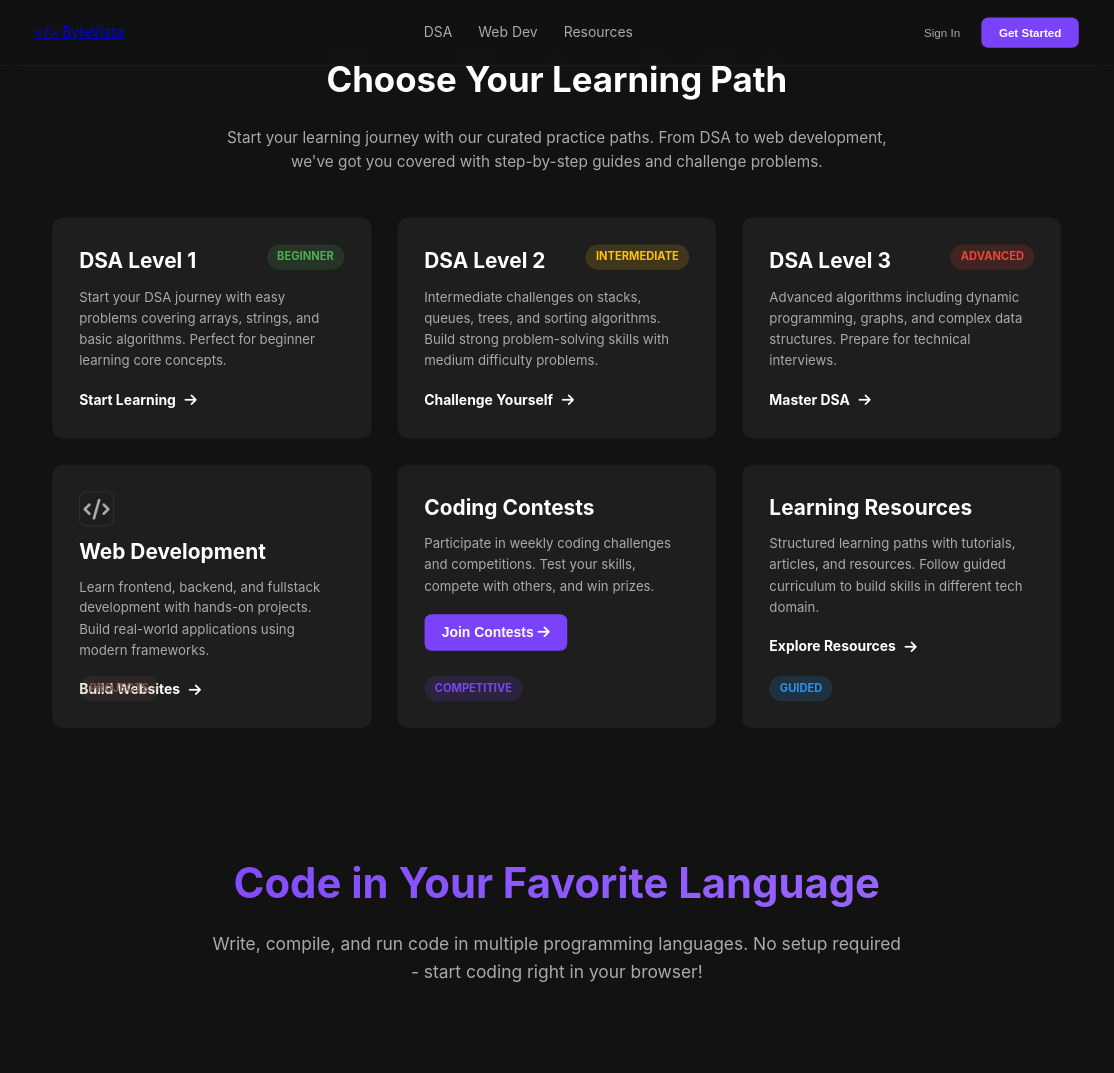
Repository: biswaranjansatapathy2005-lang/ByteVista
Page: frontend/course/course.html
An editor plug-in stored every save of this project. The page is shown before and after the next save, followed by the edit.
The browser window is 1280 px wide. The pictures show the whole page, at 87% of full size.

Above is the page before, as saved 2025-12-13 02:37:28.

### frontend/course/course.html
<!DOCTYPE html>
<html lang="en">
<head>
    <meta charset="UTF-8">
    <meta name="viewport" content="width=device-width, initial-scale=1.0">
    <title>ByteVista-style Course Section</title>
    <link rel="stylesheet" href="course.css">
    <link rel="stylesheet" href="https://cdnjs.cloudflare.com/ajax/libs/font-awesome/6.0.0-beta3/css/all.min.css">
</head>
<body>
    <header class="main-header">
         <a href="#" class="brand-logo">
                <span class="logo-icon">&lt;/&gt;</span>
                <span class="logo-text">ByteVista</span>
        <nav>
            <ul>
                <li><a href="#">DSA</a></li>
                <li><a href="#">Web Dev</a></li>
                <li><a href="#">Resources</a></li>
            </ul>
        </nav>
        <div class="user-actions">
            <button class="sign-in">Sign In</button>
            <button class="get-started">Get Started</button>
        </div>
    </header>
    <script>
    const header = document.querySelector('.main-header');

    window.addEventListener('scroll', () => {
        if (window.scrollY > 10) {
            header.classList.add('scrolled');
        } else {
            header.classList.remove('scrolled');
        }
    });
</script>


    <section class="learning-paths">
        <div class="container">
            <h2 class="section-title">Choose Your Learning Path</h2>
            <p class="section-subtitle">
                Start your learning journey with our curated practice paths. From DSA to web development,
                we've got you covered with step-by-step guides and challenge problems.
            </p>

            <div class="card-grid">
                <a href="#" class="card card-dsa-1">
                    <span class="tag tag-beginner">Beginner</span>
                    <div class="card-content">
                        <h3>DSA Level 1</h3>
                        <p>Start your DSA journey with easy problems covering arrays, strings, and basic algorithms. Perfect for beginner learning core concepts.</p>
                        <div class="card-link">
                            Start Learning <i class="fas fa-arrow-right"></i>
                        </div>
                    </div>
                </a>

                <a href="#" class="card card-dsa-2">
                    <span class="tag tag-intermediate">Intermediate</span>
                    <div class="card-content">
                        <h3>DSA Level 2</h3>
                        <p>Intermediate challenges on stacks, queues, trees, and sorting algorithms. Build strong problem-solving skills with medium difficulty problems.</p>
                        <div class="card-link">
                            Challenge Yourself <i class="fas fa-arrow-right"></i>
                        </div>
                    </div>
                </a>

                <a href="#" class="card card-dsa-3">
                    <span class="tag tag-advanced">Advanced</span>
                    <div class="card-content">
                        <h3>DSA Level 3</h3>
                        <p>Advanced algorithms including dynamic programming, graphs, and complex data structures. Prepare for technical interviews.</p>
                        <div class="card-link">
                            Master DSA <i class="fas fa-arrow-right"></i>
                        </div>
                    </div>
                </a>

                <a href="#" class="card card-web-dev">
                    <span class="icon-indicator"><i class="fas fa-code"></i></span>
                    <span class="tag tag-projects">Projects</span>
                    <div class="card-content">
                        <h3>Web Development</h3>
                        <p>Learn frontend, backend, and fullstack development with hands-on projects. Build real-world applications using modern frameworks.</p>
                        <div class="card-link">
                            Build Websites <i class="fas fa-arrow-right"></i>
                        </div>
                    </div>
                </a>

                <a href="#" class="card card-contests">
                    <span class="tag tag-competitive">Competitive</span>
                    <div class="card-content">
                        <h3>Coding Contests</h3>
                        <p>Participate in weekly coding challenges and competitions. Test your skills, compete with others, and win prizes.</p>
                        <button class="join-btn">Join Contests <i class="fas fa-arrow-right"></i></button>
                    </div>
                </a>

                <a href="#" class="card card-resources">
                    <span class="tag tag-guided">Guided</span>
                    <div class="card-content">
                        <h3>Learning Resources</h3>
                        <p>Structured learning paths with tutorials, articles, and resources. Follow guided curriculum to build skills in different tech domain.</p>
                        <div class="card-link">
                            Explore Resources <i class="fas fa-arrow-right"></i>
                        </div>
                    </div>
                </a>
            </div>
        </div>
    </section>

    <section class="code-section">
        <h2 class="code-title">Code in Your Favorite Language</h2>
        <p class="code-subtitle">
            Write, compile, and run code in multiple programming languages. No setup required - start coding right in your browser!
        </p>
    </section>

    <script src="course.js"></script>
</body>
</html>

### frontend/course/course.css
/* Base Styles for Dark Theme */
:root {
    --color-background: #121212; /* Very dark background */
    --color-card-bg: #1e1e1e; /* Slightly lighter card background */
    --color-text-primary: #ffffff;
    --color-text-secondary: #aaaaaa;
    --color-accent-purple: #7b43f9; /* Main CTA purple */
    --color-border-subtle: #333333;
    --color-shadow: rgba(0, 0, 0, 0.4);

    /* Tag Colors (adjust as needed) */
    --tag-beginner-bg: rgba(76, 175, 80, 0.15); /* Greenish */
    --tag-beginner-text: #4caf50;
    --tag-intermediate-bg: rgba(255, 193, 7, 0.15); /* Yellowish */
    --tag-intermediate-text: #ffc107;
    --tag-advanced-bg: rgba(244, 67, 54, 0.15); /* Reddish */
    --tag-advanced-text: #f44336;
    --tag-projects-bg: rgba(121, 85, 72, 0.15); /* Browish */
    --tag-projects-text: #795548;
    --tag-competitive-bg: rgba(123, 67, 249, 0.15); /* Purpleish */
    --tag-competitive-text: #7b43f9;
    --tag-guided-bg: rgba(33, 150, 243, 0.15); /* Bluish */
    --tag-guided-text: #2196f3;
}

* {
    box-sizing: border-box;
    margin: 0;
    padding: 0;
}

body {
    font-family: 'Inter', sans-serif; /* Use a modern font-family */
    background-color: var(--color-background);
    color: var(--color-text-primary);
    line-height: 1.6;
    min-height: 100vh;
}

.container {
    max-width: 1200px;
    margin: 0 auto;
    padding: 0 20px;
}

/* Header Styling - Mock-up based on image */
.main-header {
    display: flex;
    justify-content: space-between;
    align-items: center;
    padding: 20px 40px;
    border-bottom: 1px solid var(--color-border-subtle);
    position: fixed;
    background: rgba(18, 18, 18, 0.25); /* transparent dark */
    backdrop-filter: blur(12px);        /* glass blur */
    -webkit-backdrop-filter: blur(12px);

    border-bottom: 1px solid rgba(255, 255, 255, 0.05);

    transition:
        padding 0.25s ease,
        background 0.25s ease,
        border-color 0.3s ease,
        backdrop-filter 0.3s ease;

    top: 0;
    left: 0;
    width: 100%;
    z-index: 999;
}
.main-header.scrolled {
    background: rgba(18, 18, 18, 0.55);         /* stronger background */
    backdrop-filter: blur(18px);
    -webkit-backdrop-filter: blur(18px);

    padding: 12px 40px;                         /* tighten navbar */
    border-bottom: 1px solid rgba(255, 255, 255, 0.12);
}

.logo {
    font-size: 1.25rem;
    color: var(--color-text-primary);
}

nav ul {
    list-style: none;
    display: flex;
}

nav ul li a {
    text-decoration: none;
    color: var(--color-text-secondary);
    padding: 10px 15px;
    transition: color 0.3s;
}

nav ul li a:hover {
    color: var(--color-text-primary);
}

.user-actions .sign-in {
    background: none;
    border: none;
    color: var(--color-text-secondary);
    padding: 10px 20px;
    cursor: pointer;
}

.user-actions .get-started {
    background-color: var(--color-accent-purple);
    color: var(--color-text-primary);
    border: none;
    border-radius: 8px;
    padding: 10px 20px;
    cursor: pointer;
    font-weight: bold;
    transition: background-color 0.3s;
}

.user-actions .get-started:hover {
    background-color: #9c6eff; /* Lighter purple on hover */
}

/* Section Title and Subtitle */
.learning-paths {
    padding: 60px 0;
}

.section-title {
    text-align: center;
    font-size: 2.5rem;
    margin-bottom: 20px;
}

.section-subtitle {
    text-align: center;
    color: var(--color-text-secondary);
    max-width: 800px;
    margin: 0 auto 50px;
    font-size: 1.1rem;
}

/* Card Grid Layout */
.card-grid {
    display: grid;
    grid-template-columns: repeat(3, 1fr); /* 3 columns for the main section */
    gap: 30px;
}

/* Card General Style */
.card {
    display: block; /* Make the whole card clickable */
    text-decoration: none;
    background-color: var(--color-card-bg);
    border-radius: 12px;
    padding: 30px;
    position: relative;
    overflow: hidden;
    color: var(--color-text-primary);
    border: 1px solid var(--color-card-bg); /* Initial border */

    /* Transition for subtle animation */
    transition: transform 0.3s ease, box-shadow 0.3s ease, border-color 0.3s ease;
}

.card:hover {
    transform: translateY(-5px); /* Lift effect */
    box-shadow: 0 15px 30px var(--color-shadow); /* Stronger shadow */
    border-color: var(--color-accent-purple); /* Border highlight */
}

.card h3 {
    font-size: 1.5rem;
    margin-bottom: 10px;
}

.card p {
    color: var(--color-text-secondary);
    margin-bottom: 20px;
    font-size: 0.95rem;
}

/* Tag Styles */
.tag {
    position: absolute;
    top: 30px;
    right: 30px;
    padding: 4px 12px;
    border-radius: 20px;
    font-size: 0.8rem;
    font-weight: bold;
    text-transform: uppercase;
}

.tag-beginner {
    background-color: var(--tag-beginner-bg);
    color: var(--tag-beginner-text);
}

.tag-intermediate {
    background-color: var(--tag-intermediate-bg);
    color: var(--tag-intermediate-text);
}

.tag-advanced {
    background-color: var(--tag-advanced-bg);
    color: var(--tag-advanced-text);
}

.tag-projects, .tag-competitive, .tag-guided {
    right: auto;
    left: 30px;
    top: auto;
    bottom: 30px;
    padding: 4px 12px;
}

.tag-projects {
    background-color: var(--tag-projects-bg);
    color: var(--tag-projects-text);
}

.tag-competitive {
    background-color: var(--tag-competitive-bg);
    color: var(--tag-competitive-text);
}

.tag-guided {
    background-color: var(--tag-guided-bg);
    color: var(--tag-guided-text);
}

/* Card Link/CTA Styling */
.card-link {
    color: var(--color-text-primary);
    font-weight: bold;
    display: flex;
    align-items: center;
    gap: 10px;
    transition: color 0.3s;
}

.card:hover .card-link {
    color: var(--color-accent-purple);
}

.card-link i {
    transition: transform 0.3s;
}

/* Animation: Arrow move on hover */
.card:hover .card-link i {
    transform: translateX(5px);
}

/* Specific styling for the Web Development card's icon indicator (left) */
.icon-indicator {
    position: absolute;
    top: 30px;
    left: 30px;
    font-size: 1.5rem;
    color: var(--color-text-secondary);
    width: 40px;
    height: 40px;
    display: flex;
    justify-content: center;
    align-items: center;
    border: 1px solid var(--color-border-subtle);
    border-radius: 8px;
    transition: color 0.3s, border-color 0.3s;
}

.card-web-dev:hover .icon-indicator {
    color: var(--color-accent-purple);
    border-color: var(--color-accent-purple);
}

/* Adjust content position for cards with top-left elements */
.card-web-dev .card-content {
    margin-top: 50px;
}

/* Join Contests Button (Purple CTA button inside the card) */
.join-btn {
    background-color: var(--color-accent-purple);
    color: var(--color-text-primary);
    border: none;
    border-radius: 8px;
    padding: 12px 20px;
    cursor: pointer;
    font-weight: bold;
    font-size: 1rem;
    transition: background-color 0.3s, transform 0.3s;
}

.join-btn:hover {
    background-color: #9c6eff;
    transform: scale(1.02);
}

/* Second Section (Code in Your Favorite Language) */
.code-section {
    text-align: center;
    padding: 80px 0 100px;
}

.code-title {
    font-size: 3rem;
    margin-bottom: 15px;
    background: linear-gradient(90deg, #7b43f9, #a06eff); /* Purple gradient */
    -webkit-background-clip: text;
    -webkit-text-fill-color: transparent;
    background-clip: text;
    -webkit-text-fill-color: transparent;
}

.code-subtitle {
    font-size: 1.25rem;
    color: var(--color-text-secondary);
    max-width: 800px;
    margin: 0 auto;
}

### frontend/course/course.js
document.addEventListener('DOMContentLoaded', () => {
    const cards = document.querySelectorAll('.card');

    cards.forEach(card => {
        card.addEventListener('mousemove', handleMouseMove);
        card.addEventListener('mouseleave', handleMouseLeave);
    });
    // GLASS NAVBAR SCROLL EFFECT
const header = document.querySelector('.main-header');

window.addEventListener('scroll', () => {
    if (window.scrollY > 10) {
        header.classList.add('scrolled');
    } else {
        header.classList.remove('scrolled');
    }
});

    /**
     * Calculates and applies a subtle 3D tilt effect on mouse movement.
     * @param {MouseEvent} e - The mouse event object.
     */
    function handleMouseMove(e) {
        const card = e.currentTarget;
        const rect = card.getBoundingClientRect();

        // Get coordinates relative to the center of the card
        const x = e.clientX - rect.left - rect.width / 2;
        const y = e.clientY - rect.top - rect.height / 2;

        // Calculate rotation angles
        // The max tilt is set to 5 degrees for a subtle effect
        const rotateX = (-1 * (y / rect.height) * 5).toFixed(2);
        const rotateY = ((x / rect.width) * 5).toFixed(2);

        // Apply transform. The 'translateZ' makes it feel like it's lifting forward.
        card.style.transition = 'none'; // Disable transition for smooth real-time tilt
        card.style.transform = `perspective(1000px) rotateX(${rotateX}deg) rotateY(${rotateY}deg) scale(1.01)`;

        // Optional: Add a subtle inner shadow/glow based on position
        const shadowX = (x / rect.width) * 30;
        const shadowY = (y / rect.height) * 30;
        card.style.boxShadow = `
            ${-shadowX}px ${-shadowY}px 50px rgba(123, 67, 249, 0.3),
            0 15px 30px var(--color-shadow)
        `;
    }

    /**
     * Resets the card transform when the mouse leaves.
     * @param {MouseEvent} e - The mouse event object.
     */
    function handleMouseLeave(e) {
        const card = e.currentTarget;

        // Re-enable transition for smooth reset
        card.style.transition = 'transform 0.5s ease, box-shadow 0.5s ease, border-color 0.3s ease';

        // Reset transform and box-shadow to the initial CSS state
        card.style.transform = 'perspective(1000px) rotateX(0deg) rotateY(0deg) scale(1)';
        card.style.boxShadow = `0 15px 30px var(--color-shadow)`;
    }
});

After the next save:
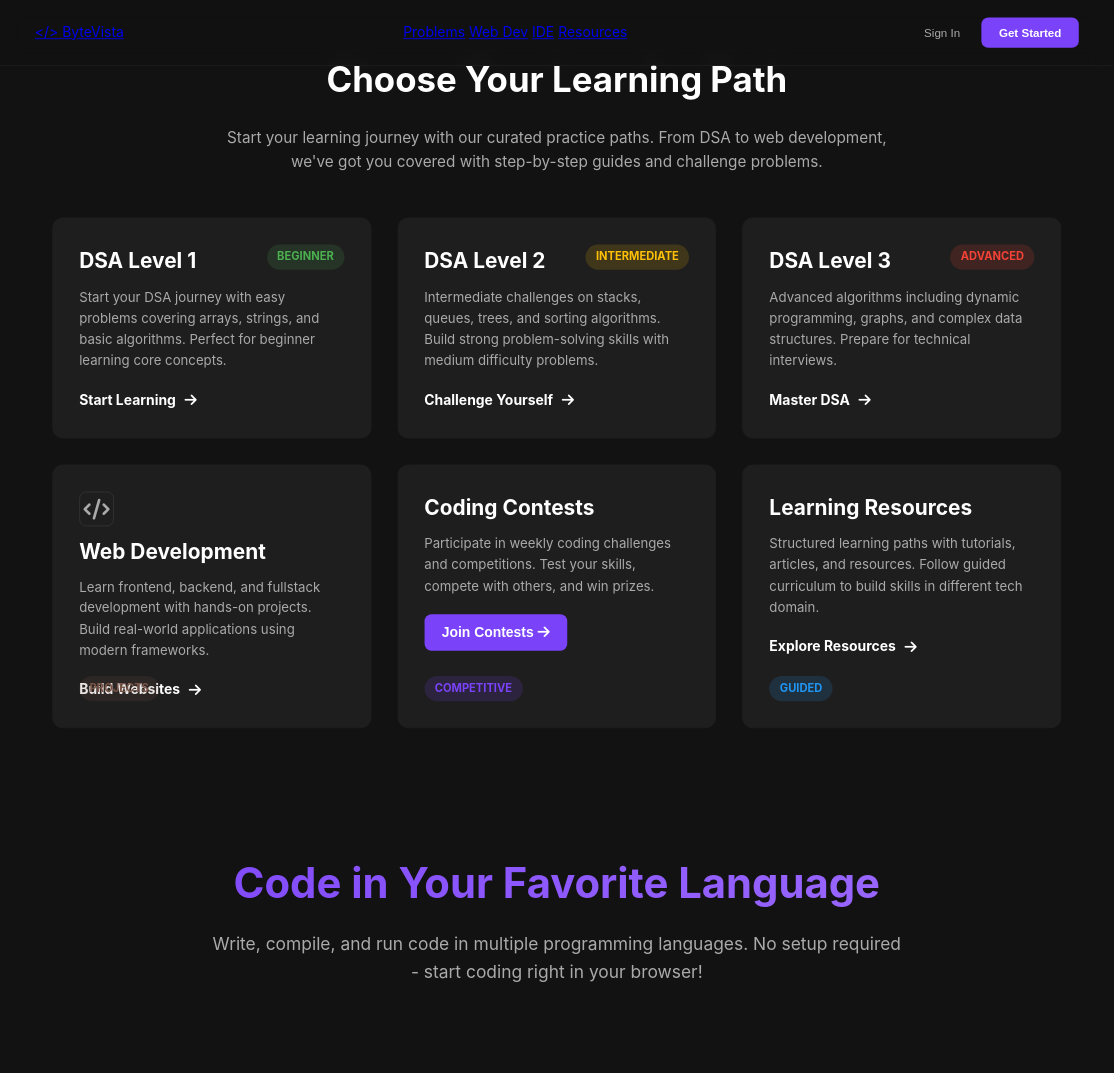
Saved 87 s later.
--- a/frontend/course/course.html
+++ b/frontend/course/course.html
@@ -14,9 +14,12 @@
                 <span class="logo-text">ByteVista</span>
         <nav>
             <ul>
-                <li><a href="#">DSA</a></li>
-                <li><a href="#">Web Dev</a></li>
-                <li><a href="#">Resources</a></li>
+                <nav class="nav-links">
+                <a href="#">Problems</a>
+                <a href="#">Web Dev</a>
+                <a href="#">IDE</a>
+                <a href="#">Resources</a>
+            </nav>
             </ul>
         </nav>
         <div class="user-actions">
